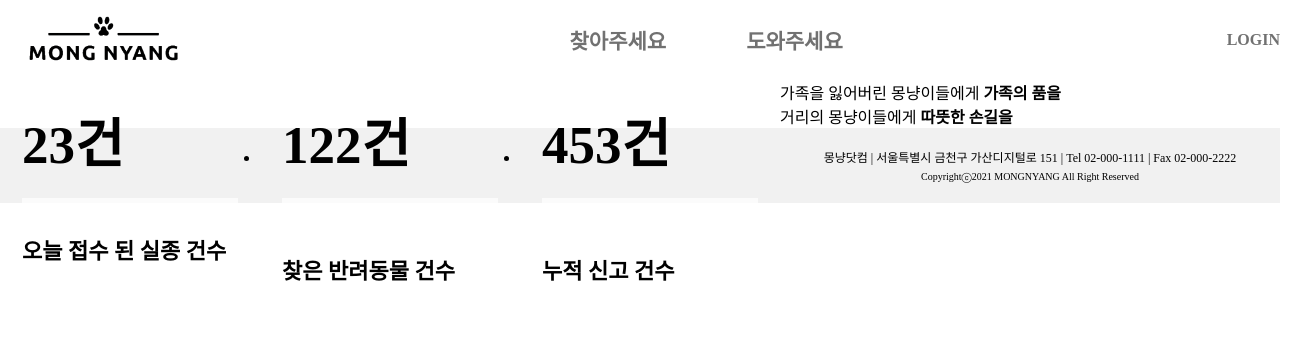
Repository: yl9517/2021.08.10_MONGNYANG_JSP
Page: http://localhost/mongNyang/main.jsp
An editor plug-in stored every save of this project. The page is shown before and after the next save, followed by the edit.
The browser window is 1280 px wide. The page is 1300 px wide, so the pictures cover 1300 px, including what lies to the right of the window. The pictures show the whole page.
The page is served by Tomcat 9.

Above is the page before, as saved 2021-08-13 15:24:30.

After the next save:
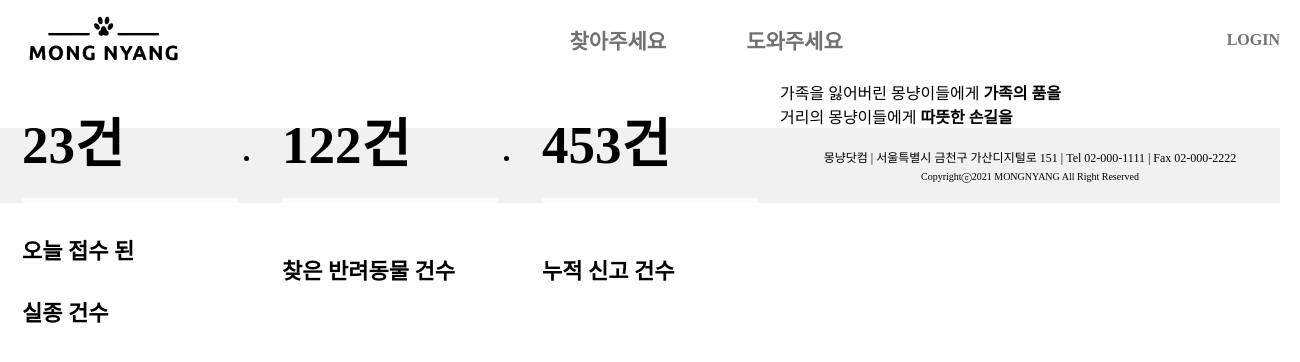
Saved 38 s later.
--- a/mongNyang/WebContent/main.jsp
+++ b/mongNyang/WebContent/main.jsp
@@ -16,7 +16,8 @@
 			<ul id="data">
 				<li>
 					<h2>23건</h2>
-					<p>오늘 접수 된 실종 건수</p>
+					<p>오늘 접수 된 </p>
+					<p>실종 건수</p>
 				</li>
 				<li>
 					<h2>122건</h2>
